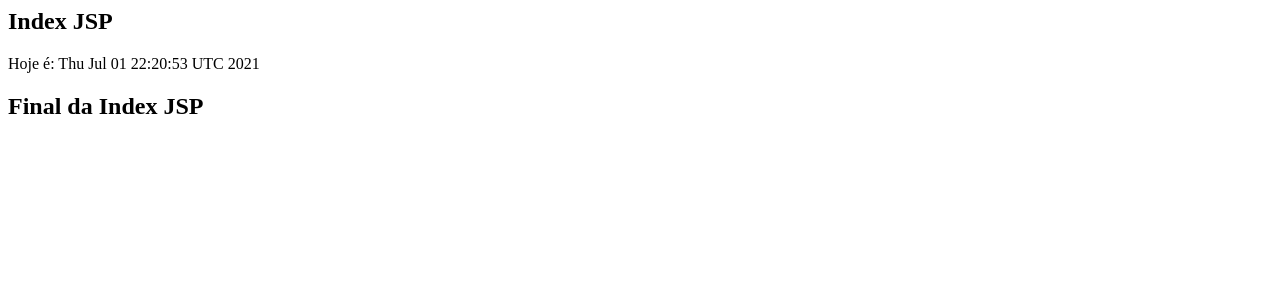
Repository: diegosena7/EstudosJSP
Page: http://localhost/UsandoTagInclude_JSP/
The author's editor kept a copy of each file at every save. The page is drawn from the files as they stood at one save, then again after the next save.
The browser window is 1280 px wide. The pictures show the whole page.
The page is served by Tomcat 9.

Above is the page before, as saved 2021-07-02 16:01:33.

### UsandoTagInclude_JSP/WebContent/index.jsp
<html>
<body>
<h2>Index JSP</h2>

<jsp:include page="printdate.jsp" />

<h2>Final da Index JSP</h2>

</body>
</html>

### UsandoTagInclude_JSP/WebContent/printdate.jsp
<html>
<body>
<% out.print("Hoje é: " + java.util.Calendar.getInstance().getTime()); %>

</body>
</html>

After the next save:
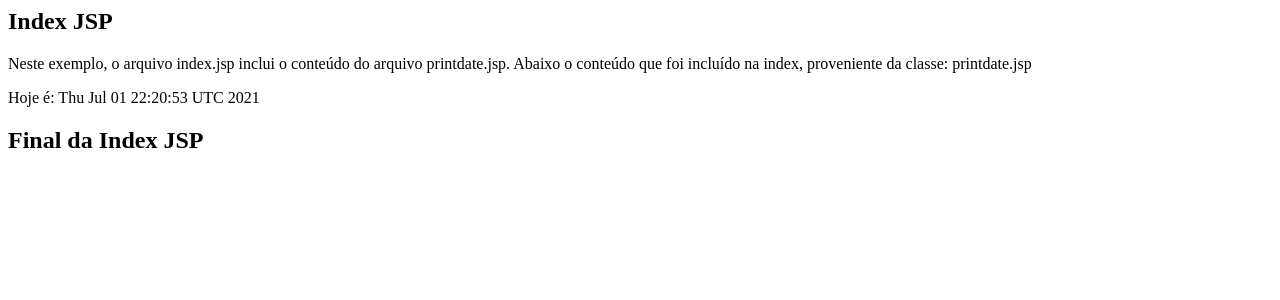
Saved 82 s later.
--- a/UsandoTagInclude_JSP/WebContent/index.jsp
+++ b/UsandoTagInclude_JSP/WebContent/index.jsp
@@ -2,6 +2,8 @@
 <body>
 <h2>Index JSP</h2>
 
+<p>Neste exemplo, o arquivo index.jsp inclui o conteúdo do arquivo printdate.jsp.
+Abaixo o conteúdo que foi incluído na index, proveniente da classe: printdate.jsp</p>
 <jsp:include page="printdate.jsp" />
 
 <h2>Final da Index JSP</h2>
